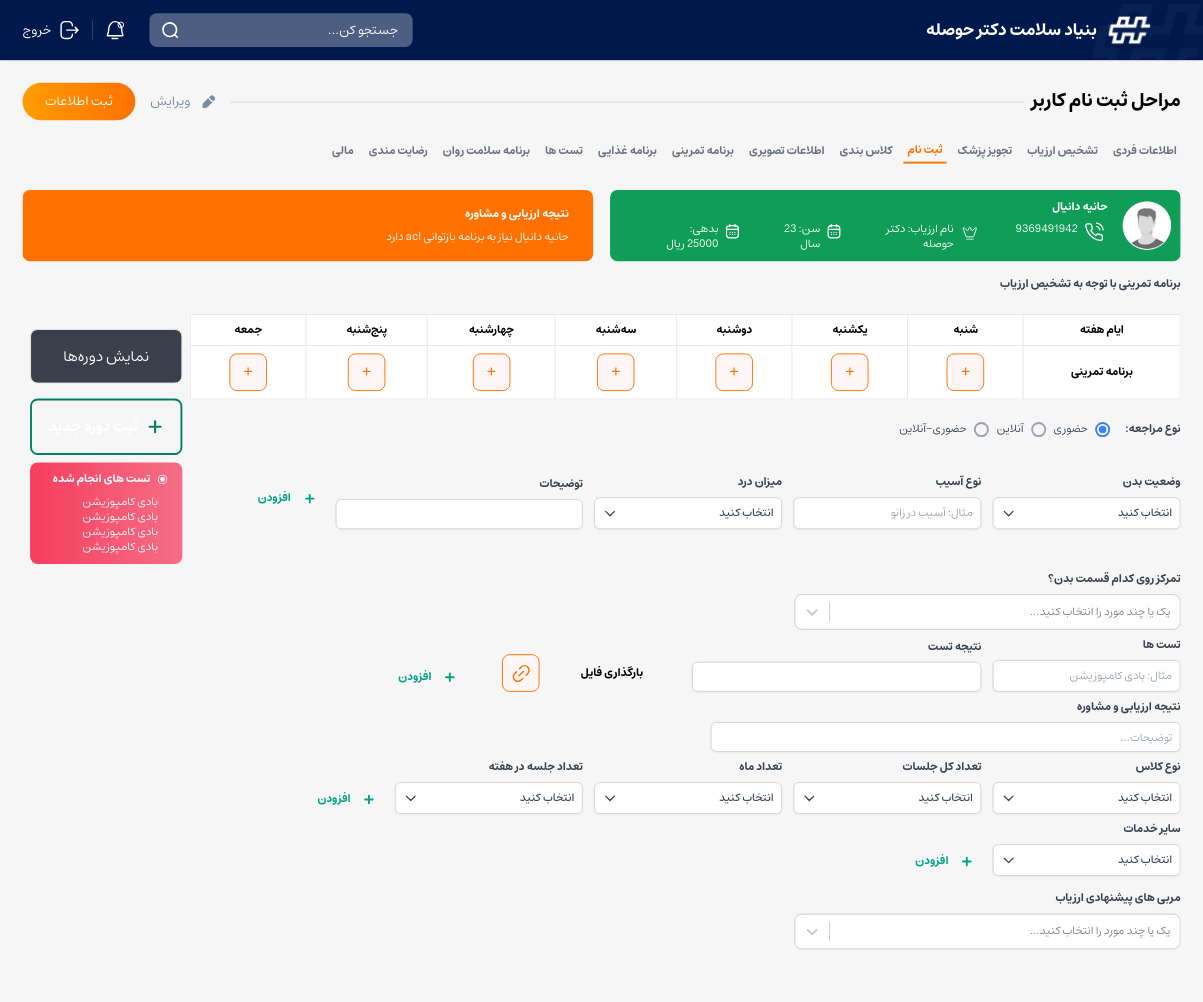
Repository: mirnajafi/ERP_hoseleh_V1.0
Page: /register, after clicking the first element matching `div.flex > :nth-child(4)`
An editor plug-in stored every save of this project. The page is shown before and after the next save, followed by the edit.
The browser window is 1280 px wide. The pictures show the whole page, at 94% of full size.
Some web fonts or font styles are not loaded; a fallback is used. The project was rebuilt for these pictures with package versions that can differ from the ones it lists, and the page was loaded fresh each time. The framework's server and built-in components were replaced by stand-ins that run in the browser. Also part of the build but not shown: next.config.mjs, src/components/icons/trash.tsx, src/components/weekTable/weekTable.css, src/components/icons/copy.tsx, src/components/recognitionEvaluator/recognitionEvaluator.tsx.

Above is the page before, as saved 2025-02-28 23:45:38.

After the next save:
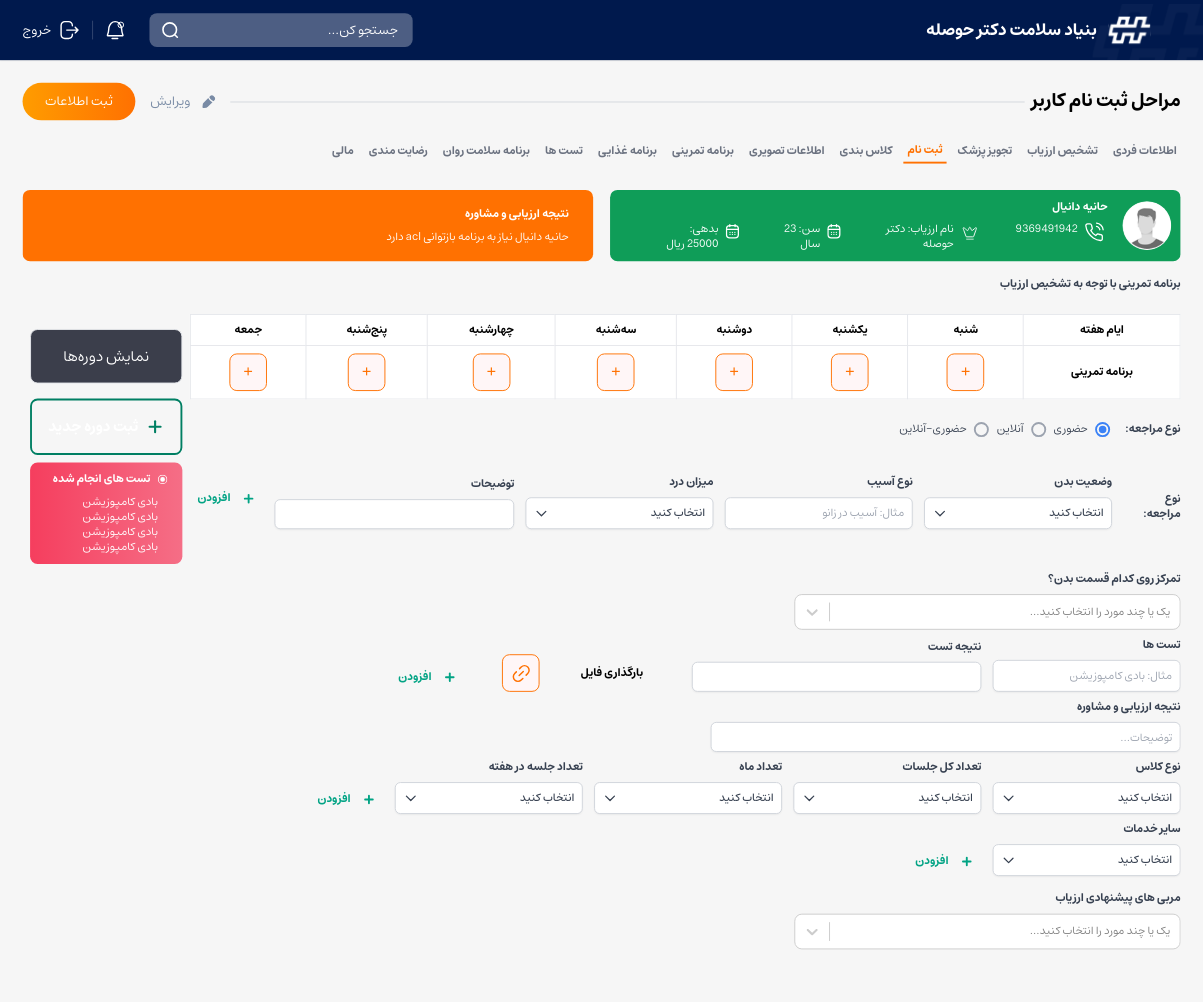
Saved 6 s later.
--- a/src/components/registration/registration.tsx
+++ b/src/components/registration/registration.tsx
@@ -82,6 +82,7 @@ const Registration = () => {
 
 
                     <div className="w-full xl:py-2 my-0  flex flex-col xl:flex-row xl:justify-start xl:items-end">
+                    <label className="my-2 text-xs font-bold text-gray-700 ml-4">نوع مراجعه:</label>
 
                         <Dropdown
                             label="وضعیت بدن"
